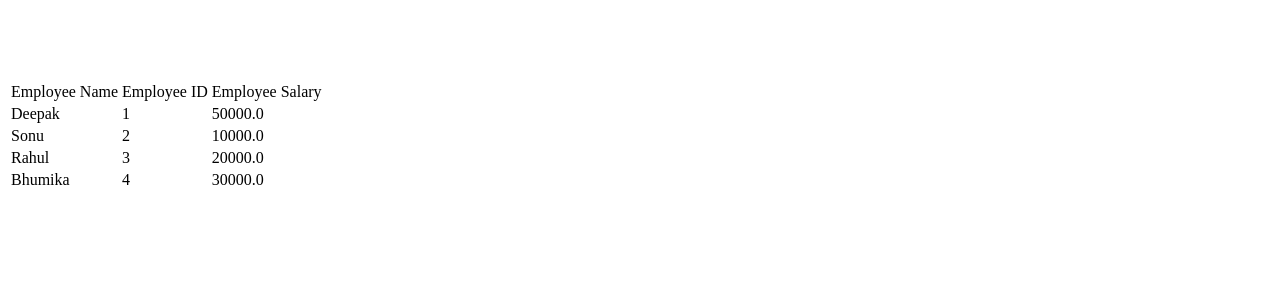
Repository: bhatideepak599/JspServlets
Page: http://localhost/05-java-jstl-tag-demo/jstl-employee-foreach.jsp
The author's editor kept a copy of each file at every save. The page is drawn from the files as they stood at one save, then again after the next save.
The browser window is 1280 px wide. The pictures show the whole page.
The page is served by Tomcat 9.

Above is the page before, as saved 2024-07-15 08:14:15.

After the next save:
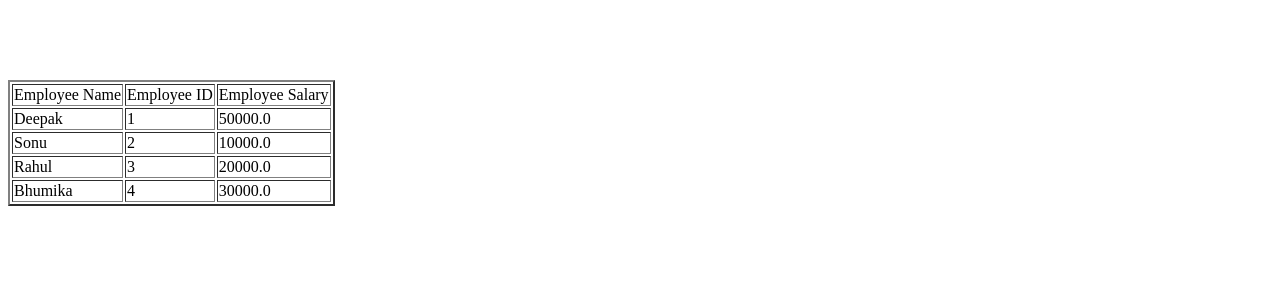
Saved 19 s later.
--- a/05-java-jstl-tag-demo/WebContent/jstl-employee-foreach.jsp
+++ b/05-java-jstl-tag-demo/WebContent/jstl-employee-foreach.jsp
@@ -26,7 +26,7 @@
 		 pageContext.setAttribute("theEmployees",lst);
 
 	%>
-	<table>
+	<table border=2px>
 		<tr>
 			<td>Employee Name</td>
 			<td>Employee ID</td>
